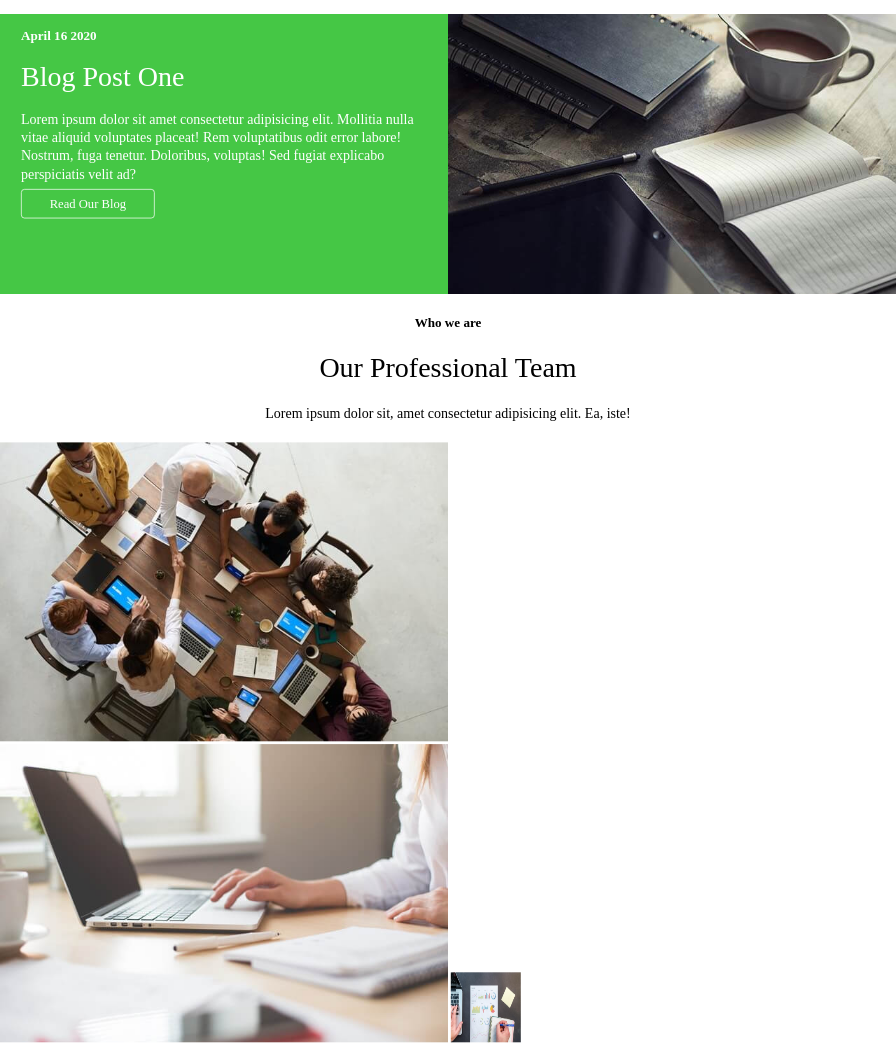
Repository: reemoon-ctrl/swiftdisk-Website-Flexbox
Page: index.html
An editor plug-in stored every save of this project. The page is shown before and after the next save, followed by the edit.
The browser window is 1280 px wide. The pictures show the part of the page from y = 1890 to 3810 px (the page is 3383 px tall before and 3810 px after), at 70% of full size.

Above is the page before, as saved 2024-07-27 09:56:36.

After the next save:
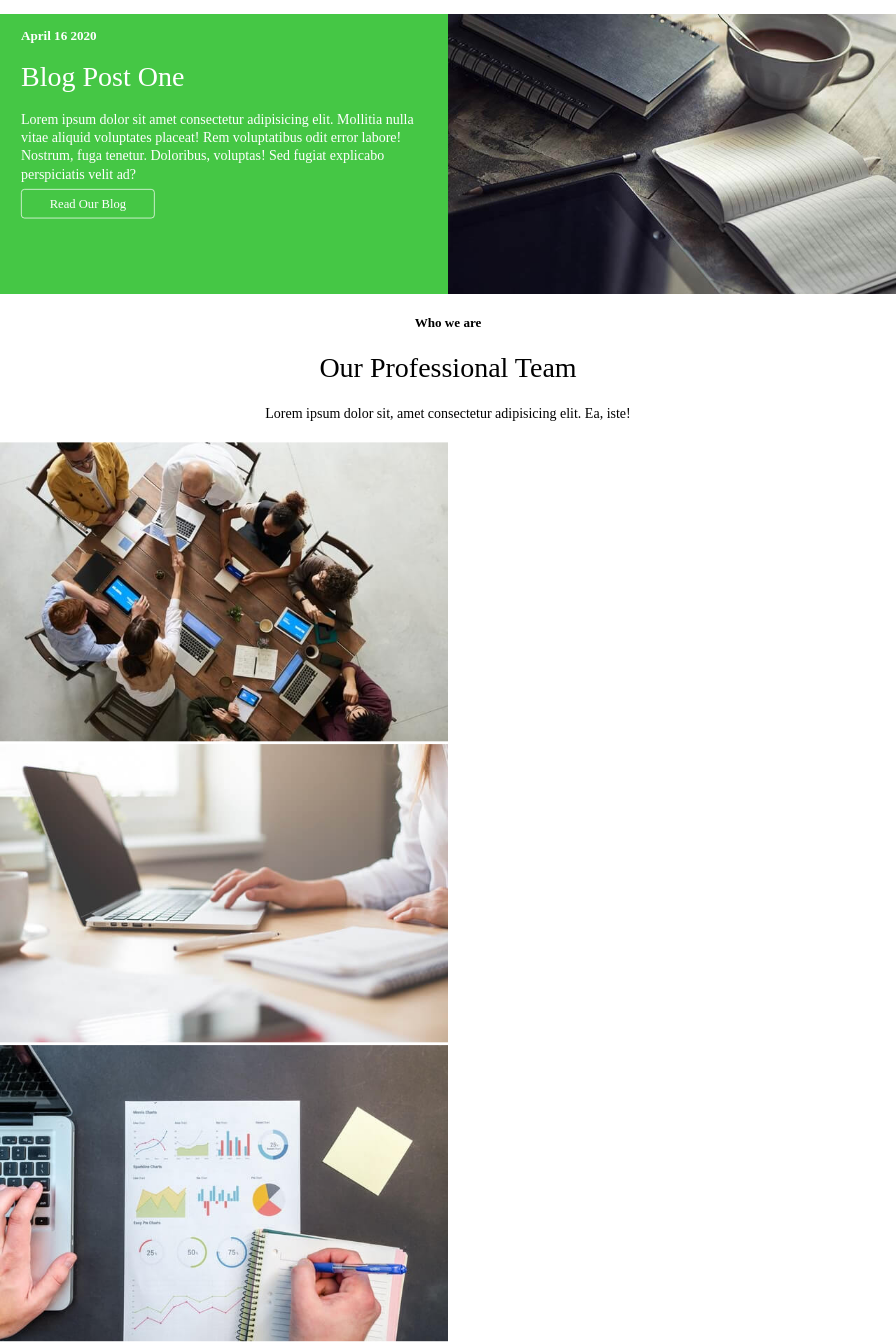
Saved 5 s later.
--- a/index.html
+++ b/index.html
@@ -106,7 +106,7 @@
             <div class="team-image">
                 <img class="tmimg tm-img1" src="/img/cases/cases1.jpg" alt="">
                 <img  class="tmimg tm-img2" src="/img/cases/cases2.jpg" alt="">
-                <img class="BCimg tm-img3" src="/img/cases/cases3.jpg" alt="">
+                <img class="tmimg tm-img3" src="/img/cases/cases3.jpg" alt="">
 
             </div>
         </div>
